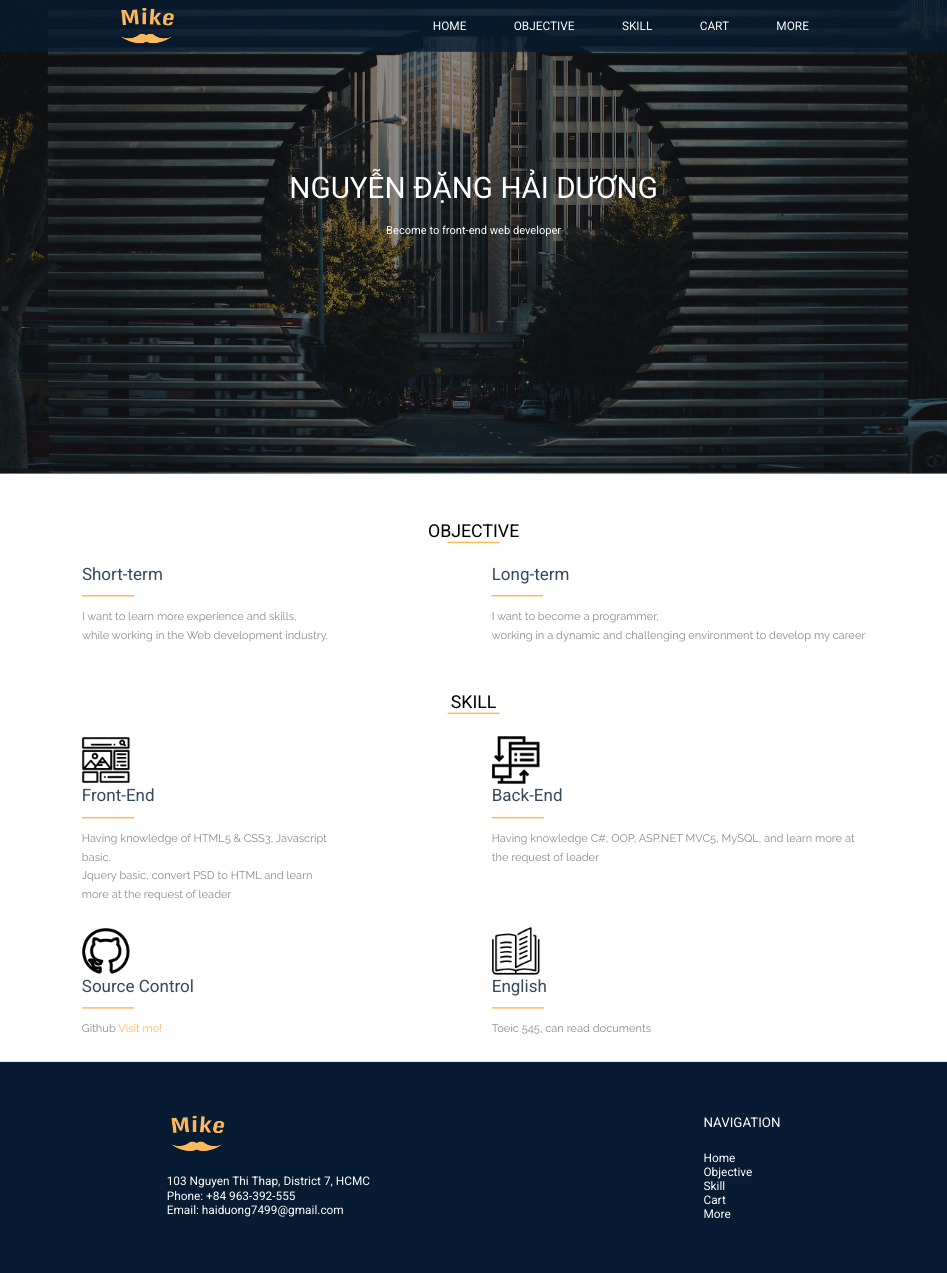
Repository: haiduong7499/Personal-Profile
Page: index.html
These files come from the project's save history. The page is drawn as it stood at one moment and after the next save; the edit follows.
The browser window is 1280 px wide. The pictures show the whole page, at 74% of full size.

Above is the page before, as saved 2021-03-02 13:15:33.

After the next save:
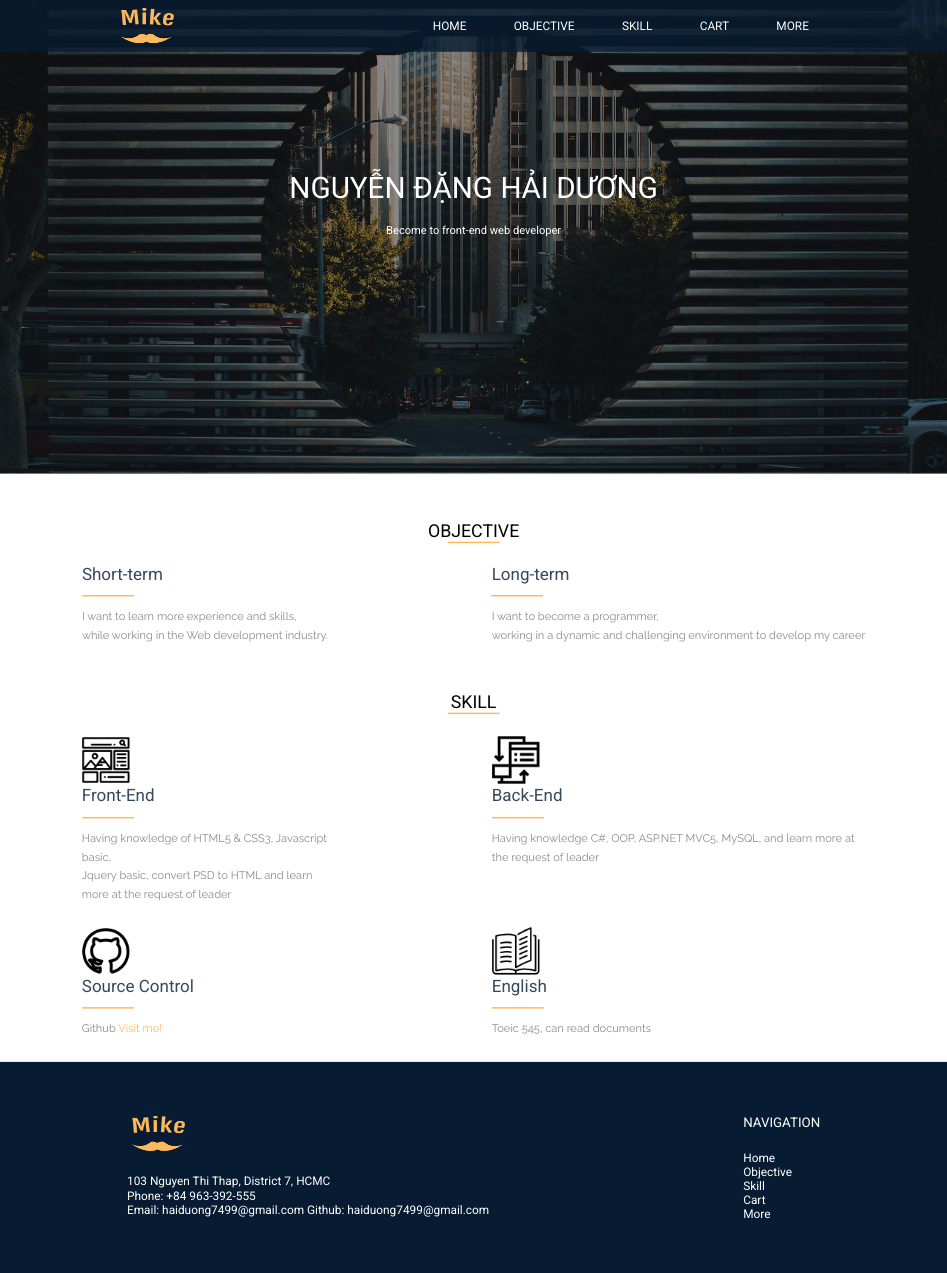
Saved 4 min 15 s later.
--- a/index.html
+++ b/index.html
@@ -126,6 +126,8 @@
                         <dd><a href="#">+84 963-392-555</a></dd><br>
                         <dt>Email:</dt>
                         <dd><a href="#">haiduong7499@gmail.com</a></dd>
+                        <dt>Github:</dt>
+                        <dd><a href="#">haiduong7499@gmail.com</a></dd>
                     </dl>
                 </div>
             </div>

After the save that followed:
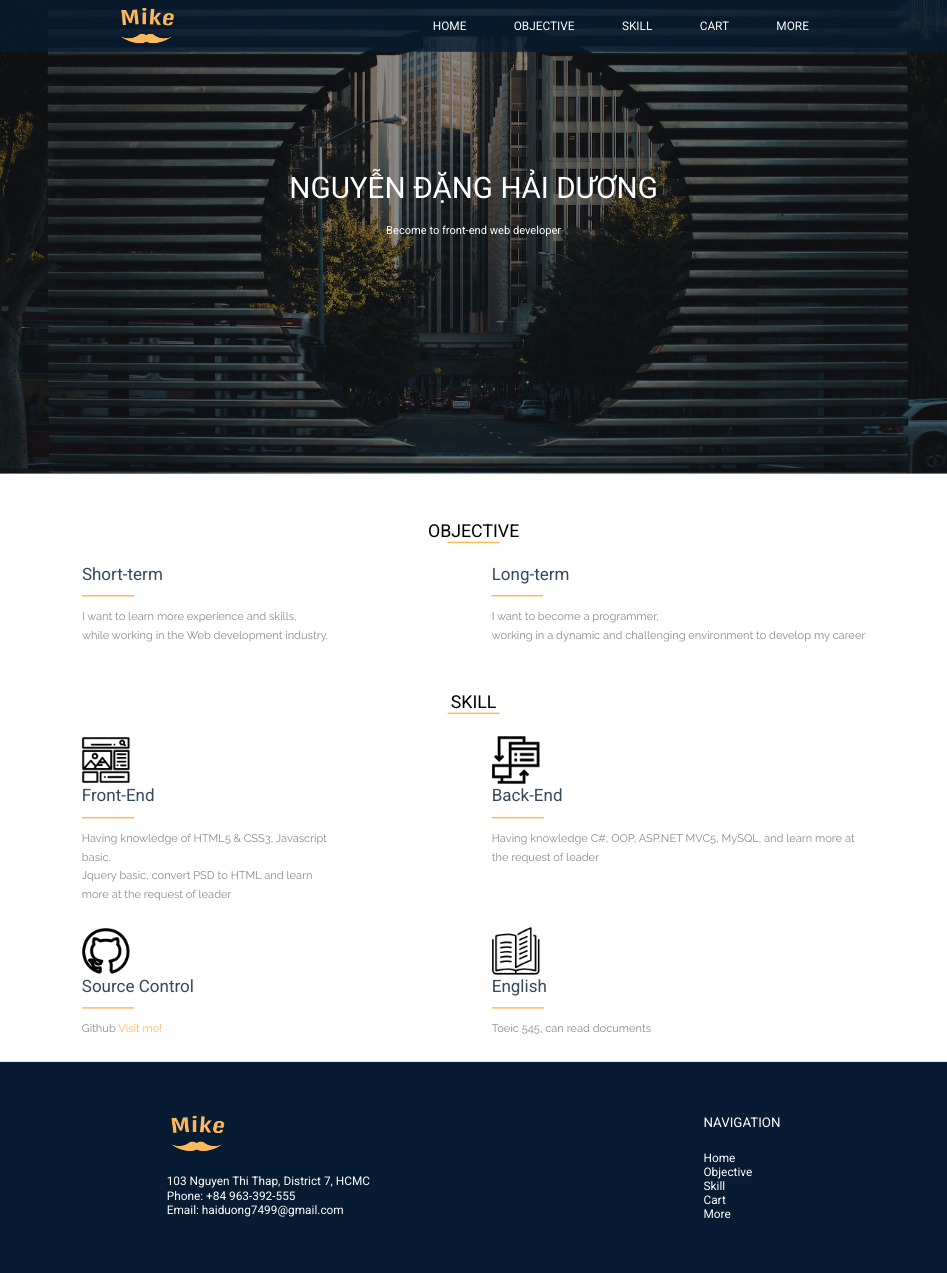
Saved 80 s later.
--- a/index.html
+++ b/index.html
@@ -126,8 +126,6 @@
                         <dd><a href="#">+84 963-392-555</a></dd><br>
                         <dt>Email:</dt>
                         <dd><a href="#">haiduong7499@gmail.com</a></dd>
-                        <dt>Github:</dt>
-                        <dd><a href="#">haiduong7499@gmail.com</a></dd>
                     </dl>
                 </div>
             </div>
